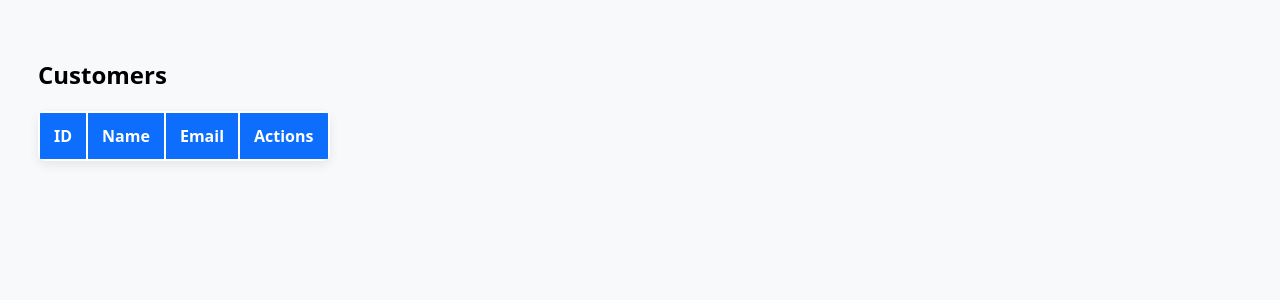
Repository: Kanika0004/CampusStore
Page: admin/customers.html
The author's editor kept a copy of each file at every save. The page is drawn from the files as they stood at one save, then again after the next save.
The browser window is 1280 px wide. The pictures show the whole page.

Above is the page before, as saved 2026-03-14 00:21:27.
Console error (its wording comes from the project's code and is left out).

After the next save:
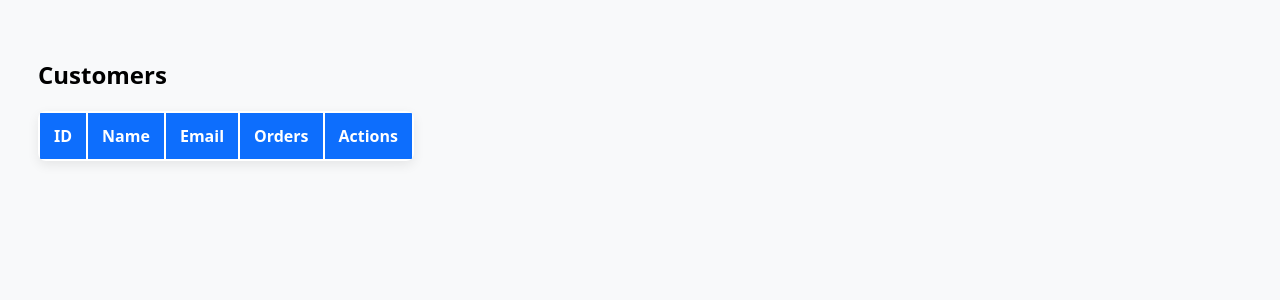
Saved 115 s later.
--- a/admin/customers.html
+++ b/admin/customers.html
@@ -65,6 +65,7 @@ opacity:0.9;
 <th>ID</th>
 <th>Name</th>
 <th>Email</th>
+<th>Orders</th>
 <th>Actions</th>
 </tr>
 </thead>
